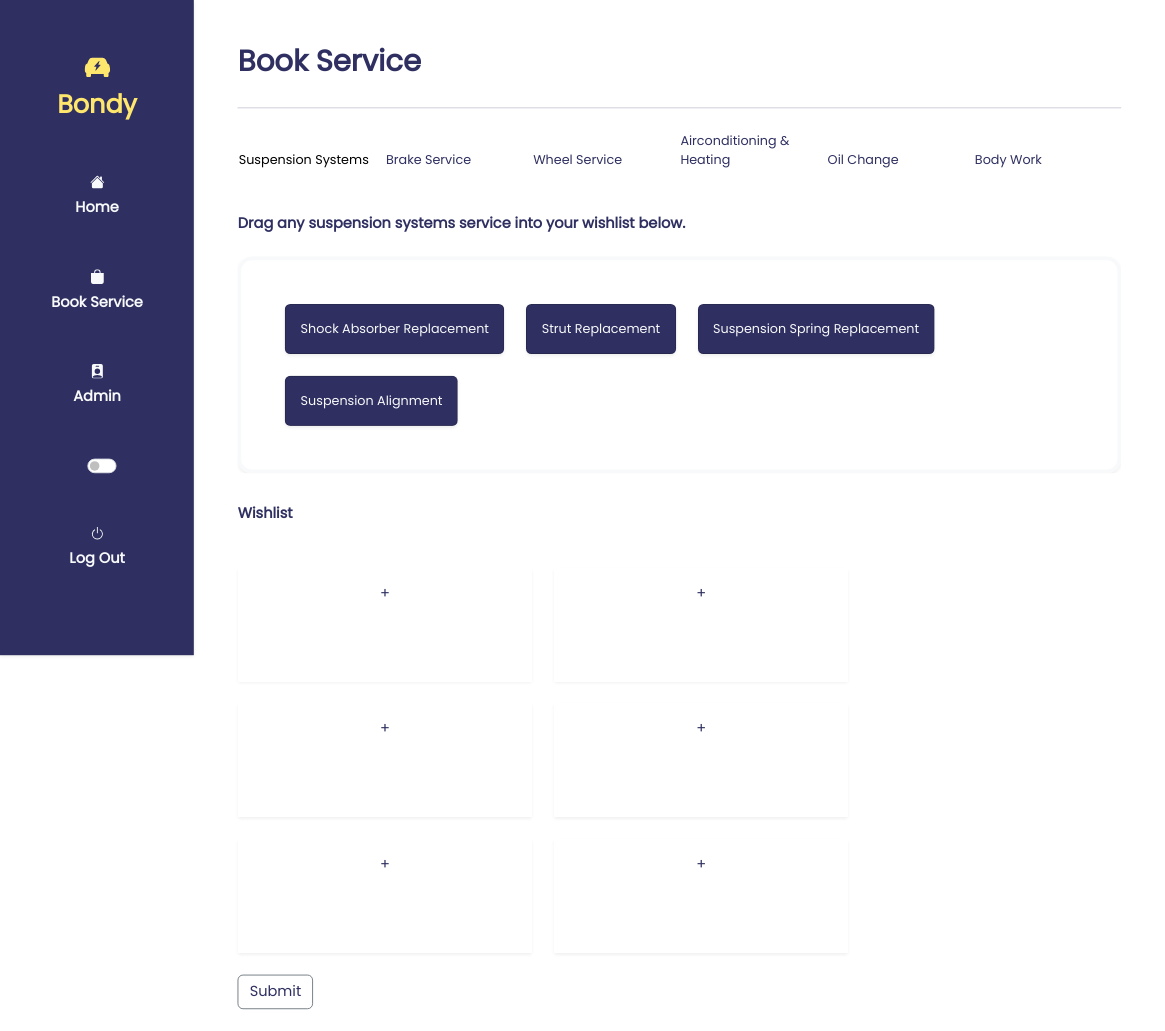
Repository: duzzisantos/bondy
Page: /book-service
These files come from the project's save history. The page is drawn as it stood at one moment and after the next save; the edit follows.
The browser window is 1280 px wide. The pictures show the whole page, at 91% of full size.
Some web libraries are served in a nearby version. The project was rebuilt for these pictures with package versions that can differ from the ones it lists, and the page was loaded fresh each time. Also part of the build but not shown: src/components/Home/LandingPage.scss, src/components/Home/LandingPageScrollContainer.tsx, src/components/Home/TrendingServices.tsx, src/views/LandingPage.tsx, src/components/Services/Services.scss, src/components/Services/ServiceTemplate.tsx, src/views/Services.tsx.

Above is the page before, as saved 2023-06-26 21:39:00.

After the next save:
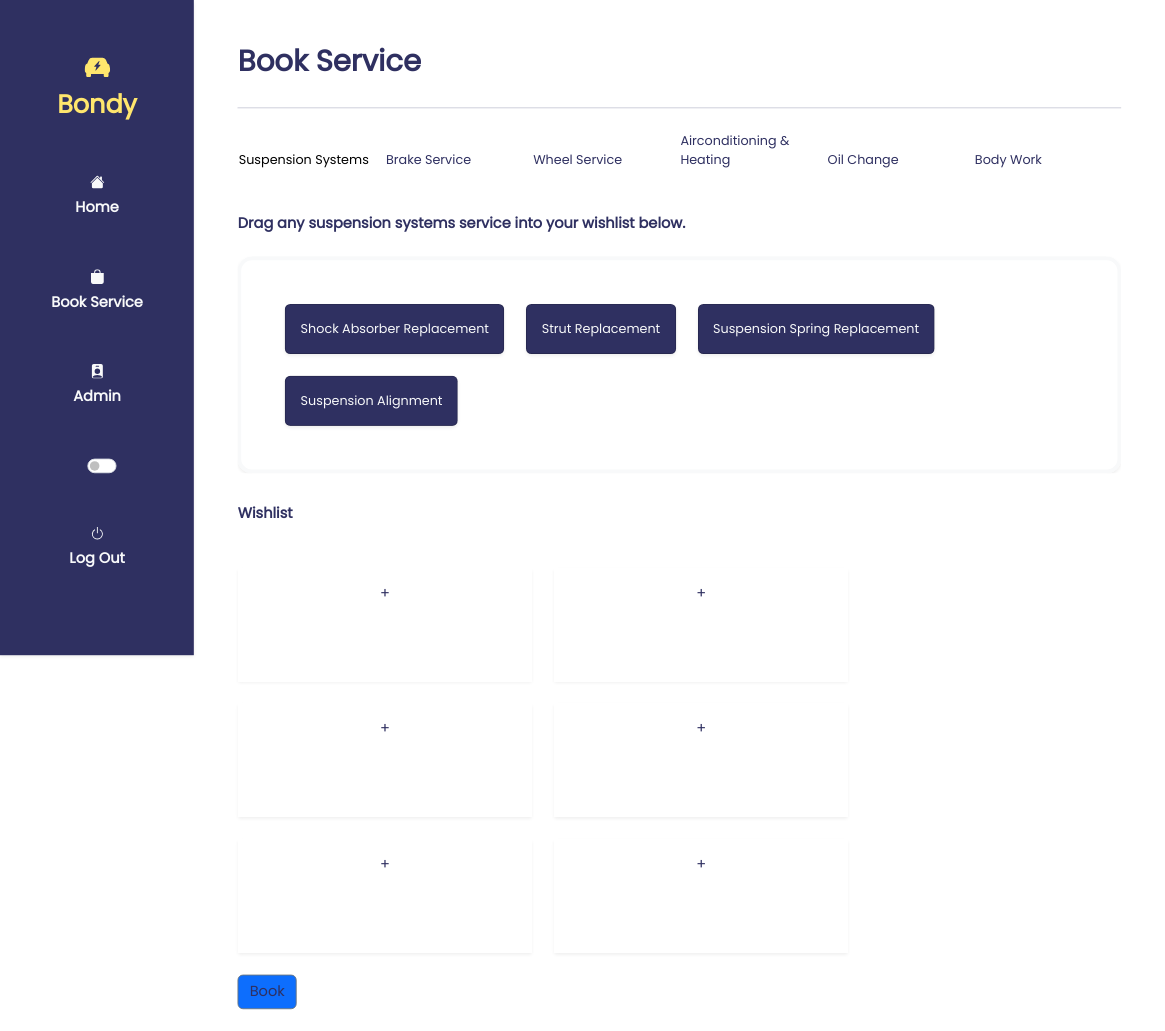
Saved 4 min 41 s later.
--- a/src/views/BookService.tsx
+++ b/src/views/BookService.tsx
@@ -1,7 +1,9 @@
 import React, { FunctionComponent } from "react";
 
-import { Tabs, Tab, Card, Button } from "react-bootstrap";
+import { Tabs, Tab, Card } from "react-bootstrap";
+import BookingForm from "src/components/Services/BookingForm";
 import { mockServiceData } from "src/data/mockData";
+import useBookService from "src/hooks/useBookService";
 const BookService: FunctionComponent = () => {
   const handleDragStart = (event: any) => {
     event.dataTransfer.setData("Text", event.target.id);
@@ -17,6 +19,22 @@ const BookService: FunctionComponent = () => {
     event.target.appendChild(document.getElementById(data));
   };
 
+  //call custom hook
+
+  const {
+    wishListOne,
+    wishListTwo,
+    wishListThree,
+    wishListFour,
+    wishListFive,
+    wishListSix,
+    changeOne,
+    changeTwo,
+    changeThree,
+    changeFour,
+    changeFive,
+    changeSix,
+  } = useBookService("");
   return (
     <div className="col-10 px-5 pt-5 py-5 ms-auto vh-100 vstack gap-2 d-flex flex-column custom-color">
       <h2 className="text-start fw-bold">Book Service</h2>
@@ -112,9 +130,9 @@ const BookService: FunctionComponent = () => {
             +
           </div>
         </div>
-        <Button className="btn btn-secondary bg-transparent custom-color">
-          Submit
-        </Button>
+        <>
+          <BookingForm />
+        </>
       </div>
     </div>
   );
